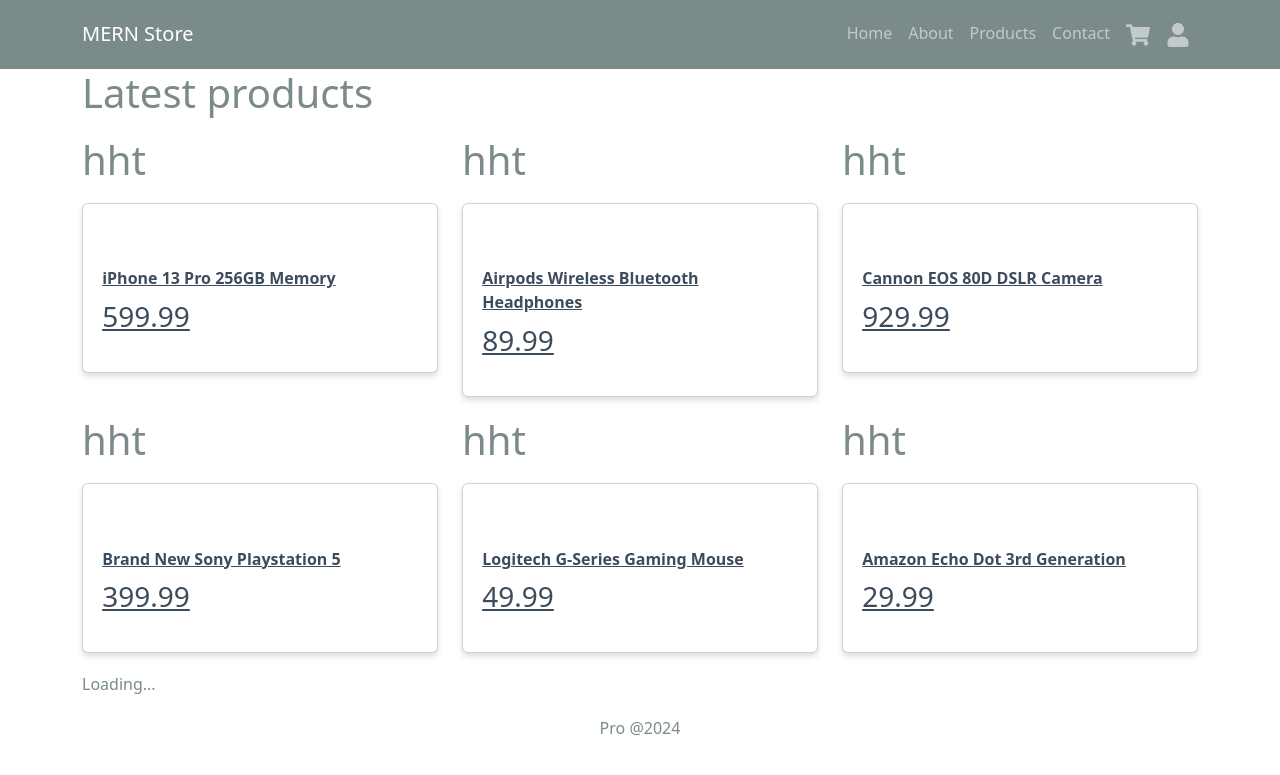
Repository: Attar786/MernStore
Page: / (app in client/)
The author's editor kept a copy of each file at every save. The page is drawn from the files as they stood at one save, then again after the next save.
The browser window is 1280 px wide. The pictures show the whole page.
The project was rebuilt for these pictures with package versions that can differ from the ones it lists, and the page was loaded fresh each time. Also part of the build but not shown: client/vite.config.js, client/src/App.css, client/src/assets/styles/index.css.

Above is the page before, as saved 2024-07-10 00:24:04.

After the next save:
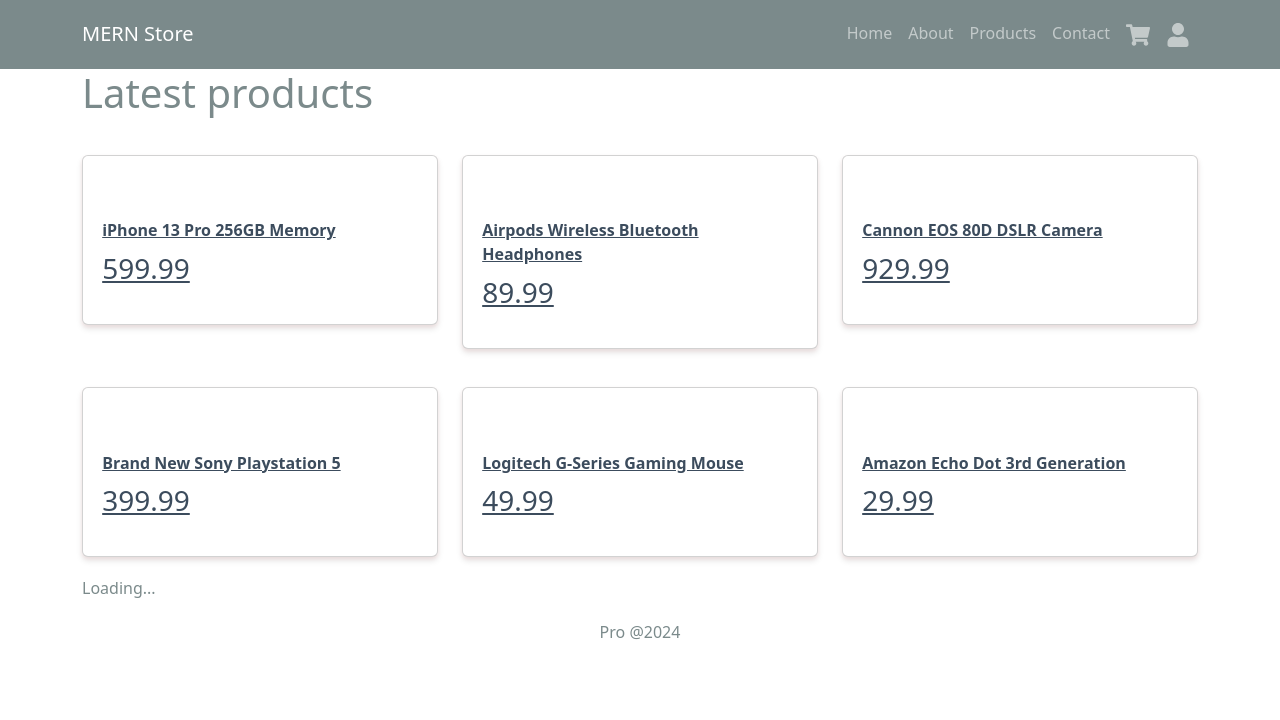
Saved 30 s later.
--- a/client/components/Product.jsx
+++ b/client/components/Product.jsx
@@ -9,7 +9,7 @@
 
   return (
     <>
-      <h1>hht</h1>
+
       <Card className="my-3 py-3 rounded">
         <a href={`/product/${product._id}`}>
           <Card.Img src={product.Img} variant="top" />
